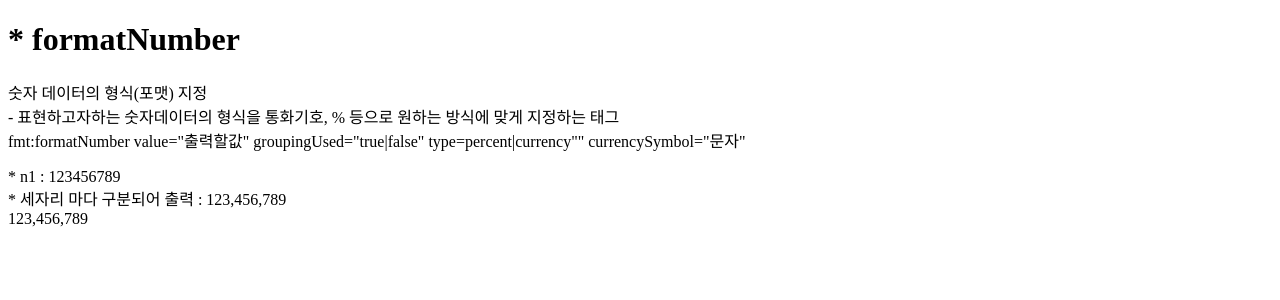
Repository: kkh1396/kh_front
Page: http://localhost/2_jsp/views/4_CustomAction/3_fmt.jsp
These files come from the project's save history. The page is drawn as it stood at one moment and after a run of saves; the edit follows.
The browser window is 1280 px wide. The pictures show the whole page.
The page is served by Tomcat 9. Nobody is signed in. The application's start-up code is not run.

Above is the page before, as saved 2025-03-21 06:44:00.

After the next 2 saves:
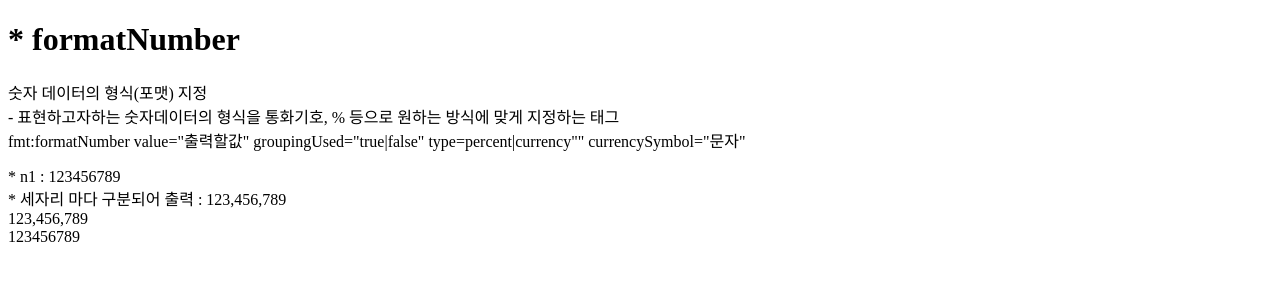
The 2 saves are shown as one change because they came seconds apart.
The last was saved 20 s later.
--- a/05_server/2_jsp/src/main/webapp/views/4_CustomAction/3_fmt.jsp
+++ b/05_server/2_jsp/src/main/webapp/views/4_CustomAction/3_fmt.jsp
@@ -28,7 +28,8 @@
 
 		* n1 : ${ n1 } <br>
 		* 세자리 마다 구분되어 출력 : <fmt:formatNumber value="${ n1 }"/> <br>
-		<fmt:formatNumber value="${ n1 }" groupingUsed="true" />
+		<fmt:formatNumber value="${ n1 }" groupingUsed="true" /> <br>
+		<fmt:formatNumber value="${ n1 }" groupingUsed="false" />
 
 
 
